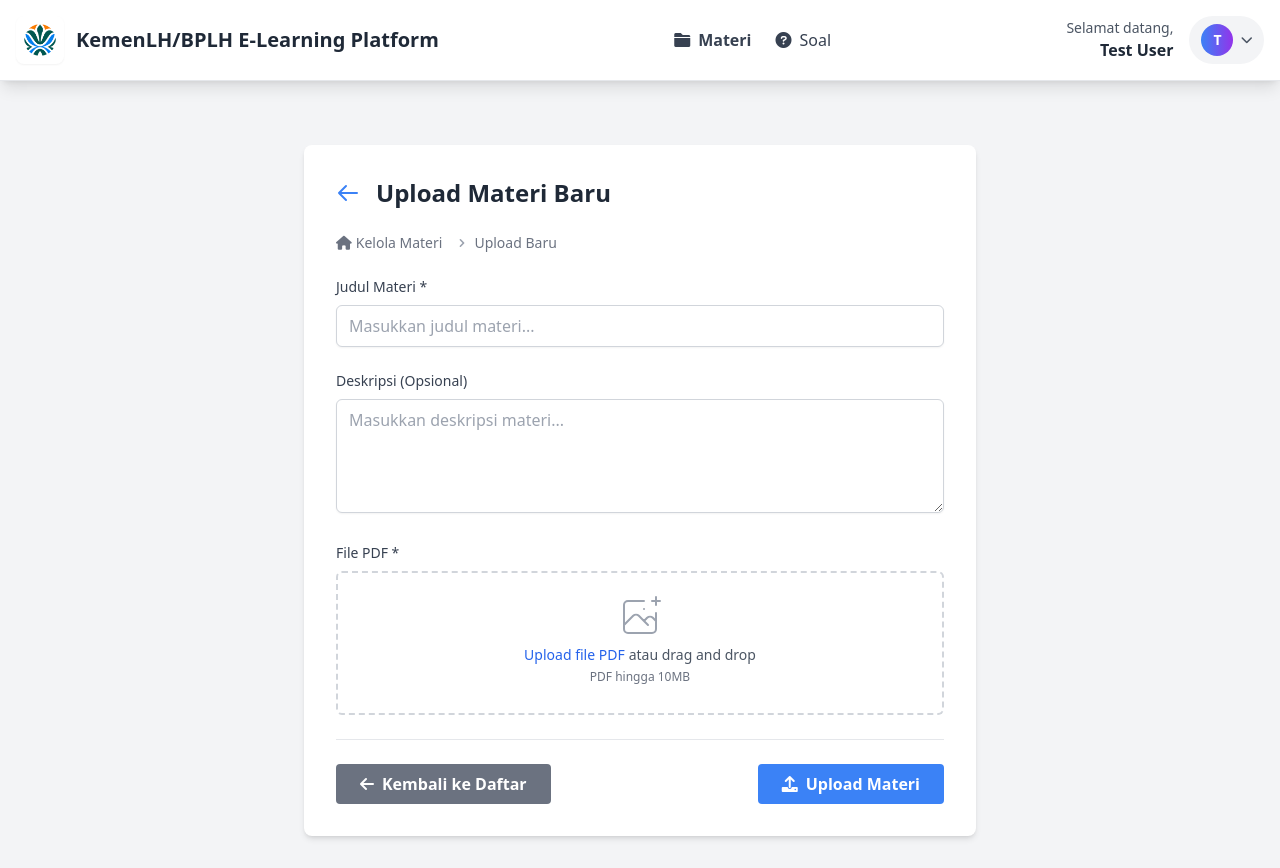
Repository: Autofat/LMS-MOOC
Page: http://localhost/materials/create
An editor plug-in stored every save of this project. The page is shown before and after the next save, followed by the edit.
The browser window is 1280 px wide. The pictures show the whole page.
Some web libraries are served in a nearby version. The page is served by the project's Laravel application, run on PHP 8.4 with Laravel 12. A made-up administrator, Test User (test@example.com), is signed in. Other server files are loaded and not shown.

Above is the page before, as saved 2025-08-01 10:51:46.

### routes/web.php
<?php

use Illuminate\Support\Facades\Route;
use Illuminate\Support\Facades\Auth;
use Illuminate\Support\Facades\Http;
use App\Http\Controllers\QuestionController;
use App\Http\Controllers\MaterialController;
use App\Http\Controllers\AuthController;

// Root redirect to login
Route::get('/', function () {
    // Force logout and clear session
    Auth::logout();
    session()->flush();
    session()->regenerate();

    return redirect()->route('login');
});

// Authentication Routes
Route::get('/login', [AuthController::class, 'showLoginForm'])->name('login');
Route::post('/login', [AuthController::class, 'login']);
Route::get('/register', [AuthController::class, 'showRegisterForm'])->name('register');
Route::post('/register', [AuthController::class, 'register']);
Route::post('/logout', [AuthController::class, 'logout'])->name('logout');

// Temporary route to clear session
Route::get('/clear-session', function () {
    Auth::logout();
    session()->flush();
    session()->regenerate();
    return redirect()->route('login')->with('success', 'Session cleared. Please login again.');
});

// Test route to check auth status
Route::get('/test-auth', function () {
    return response()->json([
        'auth_check' => Auth::check(),
        'user' => Auth::user(),
        'session_id' => session()->getId(),
        'session_data' => session()->all()
    ]);
});

// Protected Routes (require authentication)
Route::middleware(['auth'])->group(function () {

    // Debug route for testing n8n connection
    Route::get('/test-n8n-connection', function () {
        try {
            $testData = [
                'action' => 'test_connection',
                'timestamp' => now()->toISOString(),
                'message' => 'Laravel connection test'
            ];

            $n8nUrl = env('N8N_GENERATE_QUESTIONS_URL', 'http://localhost:5678/webhook/generate-questions');

            $response = Http::timeout(120)
                ->retry(2, 100)
                ->withOptions([
                    'verify' => false,
                    'allow_redirects' => true,
                    'http_errors' => false
                ])
                ->post($n8nUrl, $testData);

            return response()->json([
                'success' => true,
                'message' => 'n8n connection test completed',
                'url' => $n8nUrl,
                'request_data' => $testData,
                'response' => [
                    'status' => $response->status(),
                    'headers' => $response->headers(),
                    'body' => $response->body(),
                    'successful' => $response->successful()
                ]
            ]);

        } catch (\Exception $e) {
            return response()->json([
                'success' => false,
                'error' => $e->getMessage(),
                'error_class' => get_class($e)
            ], 500);
        }
    })->name('test.n8n.connection');

    // Material Routes
    Route::get('/materials', [MaterialController::class, 'index'])->name('materials.index');
    Route::get('/materials/create', [MaterialController::class, 'create'])->name('materials.create');
    Route::post('/materials', [MaterialController::class, 'store'])->name('materials.store');
    Route::get('/materials/{id}', [MaterialController::class, 'show'])->name('materials.show');
    Route::get('/materials/{id}/edit', [MaterialController::class, 'edit'])->name('materials.edit');
    Route::put('/materials/{id}', [MaterialController::class, 'update'])->name('materials.update');
    Route::delete('/materials/{id}', [MaterialController::class, 'destroy'])->name('materials.destroy');
    Route::get('/materials/{id}/download', [MaterialController::class, 'download'])->name('materials.download');
    Route::get('/materials/{id}/questions', [MaterialController::class, 'questions'])->name('materials.questions');

    // Generate Questions with n8n
    Route::post('/materials/{id}/generate-questions', [MaterialController::class, 'generateQuestions'])->name('materials.generate-questions');
    Route::post('/materials/{id}/generate-questions-async', [MaterialController::class, 'generateQuestionsAsync'])->name('materials.generate-questions-async');
    Route::get('/materials/{id}/test-n8n', [MaterialController::class, 'testN8nConnection'])->name('materials.test-n8n');

    // Form Manual Input
    Route::get('/questions/create', [QuestionController::class, 'create'])->name('questions.create');
    Route::post('/questions', [QuestionController::class, 'store'])->name('questions.store');

    // Manage and Edit Questions
    Route::get('/questions/manage', [QuestionController::class, 'manage'])->name('questions.manage');
    Route::get('/questions/{id}/edit', [QuestionController::class, 'edit'])->name('questions.edit');
    Route::put('/questions/{id}', [QuestionController::class, 'update'])->name('questions.update');
    Route::delete('/questions/{id}', [QuestionController::class, 'destroy'])->name('questions.destroy');
});

### resources/views/materials/create.blade.php
<!DOCTYPE html>
<html lang="en">

<head>
    <meta charset="UTF-8">
    <meta name="viewport" content="width=device-width, initial-scale=1.0">
    <title>Upload Materi Baru - KemenLH/BPLH E-Learning Platform</title>
    <script src="https://cdn.tailwindcss.com"></script>
    <link href="https://cdnjs.cloudflare.com/ajax/libs/font-awesome/6.0.0/css/all.min.css" rel="stylesheet">
</head>

<body class="bg-gray-100 min-h-screen">
    <!-- Include Navbar Component -->
    @include('components.navbar')

    <div class="container mx-auto px-4 py-8">
        <div class="max-w-2xl mx-auto">
            <div class="bg-white rounded-lg shadow-md p-8">
                <!-- Header dengan navigasi yang jelas -->
                <div class="flex items-center mb-6">
                    <a href="{{ route('materials.index') }}"
                       class="text-blue-500 hover:text-blue-700 mr-4"
                       title="Kembali ke Daftar Materi">
                        <svg class="w-6 h-6" fill="none" stroke="currentColor" viewBox="0 0 24 24">
                            <path stroke-linecap="round" stroke-linejoin="round" stroke-width="2"
                                d="M10 19l-7-7m0 0l7-7m-7 7h18"></path>
                        </svg>
                    </a>
                    <h1 class="text-2xl font-bold text-gray-800">Upload Materi Baru</h1>
                </div>

                <!-- Breadcrumb Navigation -->
                <nav class="flex mb-6 text-sm" aria-label="Breadcrumb">
                    <ol class="inline-flex items-center space-x-1 md:space-x-3">
                        <li class="inline-flex items-center">
                            <a href="{{ route('materials.index') }}" class="text-gray-500 hover:text-blue-600">
                                <i class="fas fa-home mr-1"></i>Kelola Materi
                            </a>
                        </li>
                        <li>
                            <div class="flex items-center">
                                <svg class="w-4 h-4 text-gray-400" fill="currentColor" viewBox="0 0 20 20">
                                    <path fill-rule="evenodd" d="M7.293 14.707a1 1 0 010-1.414L10.586 10 7.293 6.707a1 1 0 011.414-1.414l4 4a1 1 0 010 1.414l-4 4a1 1 0 01-1.414 0z" clip-rule="evenodd"></path>
                                </svg>
                                <span class="ml-1 text-gray-500 font-medium">Upload Baru</span>
                            </div>
                        </li>
                    </ol>
                </nav>

                @if ($errors->any())
                    <div class="bg-red-100 border border-red-400 text-red-700 px-4 py-3 rounded mb-6">
                        <ul class="list-disc list-inside">
                            @foreach ($errors->all() as $error)
                                <li>{{ $error }}</li>
                            @endforeach
                        </ul>
                    </div>
                @endif

                <form action="{{ route('materials.store') }}" method="POST" enctype="multipart/form-data"
                    class="space-y-6">
                    @csrf

                    <!-- Title -->
                    <div>
                        <label for="title" class="block text-sm font-medium text-gray-700 mb-2">
                            Judul Materi *
                        </label>
                        <input type="text" id="title" name="title" value="{{ old('title') }}" required
                            class="w-full px-3 py-2 border border-gray-300 rounded-md shadow-sm focus:outline-none focus:ring-2 focus:ring-blue-500 focus:border-transparent"
                            placeholder="Masukkan judul materi...">
                    </div>

                    <!-- Description -->
                    <div>
                        <label for="description" class="block text-sm font-medium text-gray-700 mb-2">
                            Deskripsi (Opsional)
                        </label>
                        <textarea id="description" name="description" rows="4"
                            class="w-full px-3 py-2 border border-gray-300 rounded-md shadow-sm focus:outline-none focus:ring-2 focus:ring-blue-500 focus:border-transparent"
                            placeholder="Masukkan deskripsi materi...">{{ old('description') }}</textarea>
                    </div>

                    <!-- PDF File -->
                    <div>
                        <label for="pdf_file" class="block text-sm font-medium text-gray-700 mb-2">
                            File PDF *
                        </label>
                        <div
                            class="mt-1 flex justify-center px-6 pt-5 pb-6 border-2 border-gray-300 border-dashed rounded-md hover:border-gray-400 transition-colors">
                            <div class="space-y-1 text-center">
                                <svg class="mx-auto h-12 w-12 text-gray-400" stroke="currentColor" fill="none"
                                    viewBox="0 0 48 48">
                                    <path
                                        d="M28 8H12a4 4 0 00-4 4v20m32-12v8m0 0v8a4 4 0 01-4 4H12a4 4 0 01-4-4v-4m32-4l-3.172-3.172a4 4 0 00-5.656 0L28 28M8 32l9.172-9.172a4 4 0 015.656 0L28 28m0 0l4 4m4-24h8m-4-4v8m-12 4h.02"
                                        stroke-width="2" stroke-linecap="round" stroke-linejoin="round" />
                                </svg>
                                <div class="flex text-sm text-gray-600">
                                    <label for="pdf_file"
                                        class="relative cursor-pointer bg-white rounded-md font-medium text-blue-600 hover:text-blue-500 focus-within:outline-none focus-within:ring-2 focus-within:ring-offset-2 focus-within:ring-blue-500">
                                        <span>Upload file PDF</span>
                                        <input id="pdf_file" name="pdf_file" type="file" class="sr-only"
                                            accept=".pdf" required onchange="updateFileName(this)">
                                    </label>
                                    <p class="pl-1">atau drag and drop</p>
                                </div>
                                <p class="text-xs text-gray-500">PDF hingga 10MB</p>
                                <p id="file-name" class="text-sm text-gray-700 font-medium"></p>
                            </div>
                        </div>
                    </div>

                    <!-- Submit Buttons -->
                    <div class="flex justify-between items-center pt-6 border-t">
                        <a href="{{ route('materials.index') }}"
                            class="bg-gray-500 hover:bg-gray-600 text-white font-bold py-2 px-6 rounded transition-colors">
                            <i class="fas fa-arrow-left mr-2"></i>Kembali ke Daftar
                        </a>
                        <button type="submit"
                            class="bg-blue-500 hover:bg-blue-600 text-white font-bold py-2 px-6 rounded transition-colors">
                            <i class="fas fa-upload mr-2"></i>Upload Materi
                        </button>
                    </div>
                </form>
            </div>
        </div>
    </div>

    <script>
        function updateFileName(input) {
            const fileNameElement = document.getElementById('file-name');
            if (input.files && input.files[0]) {
                fileNameElement.textContent = input.files[0].name;
            } else {
                fileNameElement.textContent = '';
            }
        }
    </script>
</body>

</html>

### resources/views/components/navbar.blade.php
<!-- Navigation Bar -->
<nav class="bg-white shadow-lg border-b border-gray-200 mb-8">
    <div class="container mx-auto px-4">
        <div class="flex justify-between items-center py-4">
            <!-- Logo/Brand -->
            <div class="flex items-center space-x-3">
                <div class="bg-white p-2 rounded-lg shadow-sm">
                    <img src="{{ asset('images/kemenlh-logo.png') }}" alt="KemenLH/BPLH Logo" class="w-8 h-8 object-contain">
                </div>
                <div>
                    <h1 class="text-xl font-bold text-gray-800">KemenLH/BPLH E-Learning Platform</h1>
                </div>
            </div>

            <!-- Navigation Links -->
            <div class="hidden md:flex items-center space-x-6">
                <a href="{{ route('materials.index') }}"
                   class="flex items-center space-x-2 text-gray-700 hover:text-blue-600 transition-colors {{ request()->routeIs('materials.*') ? 'text-blue-600 font-semibold' : '' }}">
                    <i class="fas fa-folder"></i>
                    <span>Materi</span>
                </a>
                <a href="{{ route('questions.manage') }}"
                   class="flex items-center space-x-2 text-gray-700 hover:text-blue-600 transition-colors {{ request()->routeIs('questions.*') ? 'text-blue-600 font-semibold' : '' }}">
                    <i class="fas fa-question-circle"></i>
                    <span>Soal</span>
                </a>
            </div>

            <!-- User Menu -->
            <div class="flex items-center space-x-4">
                <!-- Welcome Message -->
                <div class="hidden lg:block text-right">
                    <p class="text-sm text-gray-600">Selamat datang,</p>
                    <p class="font-semibold text-gray-800">{{ Auth::user()->name }}</p>
                </div>

                <!-- User Avatar -->
                <div class="relative">
                    <button id="userMenuButton" class="flex items-center space-x-2 bg-gray-100 hover:bg-gray-200 rounded-full px-3 py-2 transition-colors">
                        <div class="w-8 h-8 bg-gradient-to-r from-blue-500 to-purple-600 rounded-full flex items-center justify-center text-white font-semibold text-sm">
                            {{ strtoupper(substr(Auth::user()->name, 0, 1)) }}
                        </div>
                        <i class="fas fa-chevron-down text-gray-600 text-xs"></i>
                    </button>

                    <!-- Dropdown Menu -->
                    <div id="userDropdown" class="hidden absolute right-0 mt-2 w-48 bg-white border border-gray-200 rounded-lg shadow-lg z-50">
                        <div class="py-2">
                            <div class="px-4 py-2 border-b border-gray-100">
                                <p class="text-sm font-semibold text-gray-800">{{ Auth::user()->name }}</p>
                                <p class="text-xs text-gray-600">{{ Auth::user()->email }}</p>
                            </div>
                            <a href="{{ route('materials.index') }}" class="block px-4 py-2 text-sm text-gray-700 hover:bg-gray-100 transition-colors">
                                <i class="fas fa-folder mr-2"></i>Dashboard
                            </a>
                            <a href="{{ route('test.n8n.connection') }}" class="block px-4 py-2 text-sm text-gray-700 hover:bg-gray-100 transition-colors">
                                <i class="fas fa-plug mr-2"></i>Test n8n
                            </a>
                            <div class="border-t border-gray-100 mt-2 pt-2">
                                <form method="POST" action="{{ route('logout') }}" class="block">
                                    @csrf
                                    <button type="submit" class="w-full text-left px-4 py-2 text-sm text-red-600 hover:bg-red-50 transition-colors">
                                        <i class="fas fa-sign-out-alt mr-2"></i>Logout
                                    </button>
                                </form>
                            </div>
                        </div>
                    </div>
                </div>
            </div>

            <!-- Mobile Menu Button -->
            <div class="md:hidden">
                <button id="mobileMenuButton" class="text-gray-700 hover:text-blue-600 transition-colors">
                    <i class="fas fa-bars text-xl"></i>
                </button>
            </div>
        </div>

        <!-- Mobile Menu -->
        <div id="mobileMenu" class="hidden md:hidden border-t border-gray-200 py-4">
            <div class="space-y-2">
                <a href="{{ route('materials.index') }}" class="block py-2 text-gray-700 hover:text-blue-600 transition-colors {{ request()->routeIs('materials.*') ? 'text-blue-600 font-semibold' : '' }}">
                    <i class="fas fa-folder mr-2"></i>Materi
                </a>
                <a href="{{ route('questions.manage') }}" class="block py-2 text-gray-700 hover:text-blue-600 transition-colors {{ request()->routeIs('questions.*') ? 'text-blue-600 font-semibold' : '' }}">
                    <i class="fas fa-question-circle mr-2"></i>Soal
                </a>
                <a href="{{ route('test.n8n.connection') }}" class="block py-2 text-gray-700 hover:text-blue-600 transition-colors">
                    <i class="fas fa-plug mr-2"></i>Test n8n
                </a>
                <div class="border-t border-gray-200 pt-2 mt-2">
                    <form method="POST" action="{{ route('logout') }}">
                        @csrf
                        <button type="submit" class="w-full text-left py-2 text-red-600 hover:text-red-800 transition-colors">
                            <i class="fas fa-sign-out-alt mr-2"></i>Logout
                        </button>
                    </form>
                </div>
            </div>
        </div>
    </div>
</nav>

<!-- Success/Error Messages -->
@if(session('success'))
    <div id="successMessage" class="container mx-auto px-4 mb-6">
        <div class="bg-green-100 border border-green-400 text-green-700 px-4 py-3 rounded-lg shadow-sm transition-opacity duration-500">
            <div class="flex items-center">
                <i class="fas fa-check-circle mr-2"></i>
                {{ session('success') }}
            </div>
        </div>
    </div>
@endif

@if(session('error'))
    <div id="errorMessage" class="container mx-auto px-4 mb-6">
        <div class="bg-red-100 border border-red-400 text-red-700 px-4 py-3 rounded-lg shadow-sm transition-opacity duration-500">
            <div class="flex items-center">
                <i class="fas fa-exclamation-circle mr-2"></i>
                {{ session('error') }}
            </div>
        </div>
    </div>
@endif

@if(session('info'))
    <div id="infoMessage" class="container mx-auto px-4 mb-6">
        <div class="bg-blue-100 border border-blue-400 text-blue-700 px-4 py-3 rounded-lg shadow-sm transition-opacity duration-500">
            <div class="flex items-center">
                <i class="fas fa-info-circle mr-2"></i>
                {{ session('info') }}
            </div>
        </div>
    </div>
@endif

<script>
document.addEventListener('DOMContentLoaded', function() {
    // Auto-hide session messages after 4 seconds
    function autoHideMessage(messageId) {
        const messageElement = document.getElementById(messageId);
        if (messageElement) {
            setTimeout(() => {
                messageElement.style.opacity = '0';
                setTimeout(() => {
                    messageElement.remove();
                }, 500); // Wait for fade out transition
            }, 4000); // Hide after 4 seconds
        }
    }

    // Apply auto-hide to all message types
    autoHideMessage('successMessage');
    autoHideMessage('errorMessage');
    autoHideMessage('infoMessage');

    // User menu dropdown
    const userMenuButton = document.getElementById('userMenuButton');
    const userDropdown = document.getElementById('userDropdown');

    userMenuButton.addEventListener('click', function() {
        userDropdown.classList.toggle('hidden');
    });

    // Close dropdown when clicking outside
    document.addEventListener('click', function(event) {
        if (!userMenuButton.contains(event.target) && !userDropdown.contains(event.target)) {
            userDropdown.classList.add('hidden');
        }
    });

    // Mobile menu
    const mobileMenuButton = document.getElementById('mobileMenuButton');
    const mobileMenu = document.getElementById('mobileMenu');

    mobileMenuButton.addEventListener('click', function() {
        mobileMenu.classList.toggle('hidden');
    });
});
</script>

Loaded but not shown: app/Models/User.php (common file); app/Http/Controllers/Controller.php (common file); app/Http/Controllers/MaterialController.php (772 lines, source omitted)

After the next save:
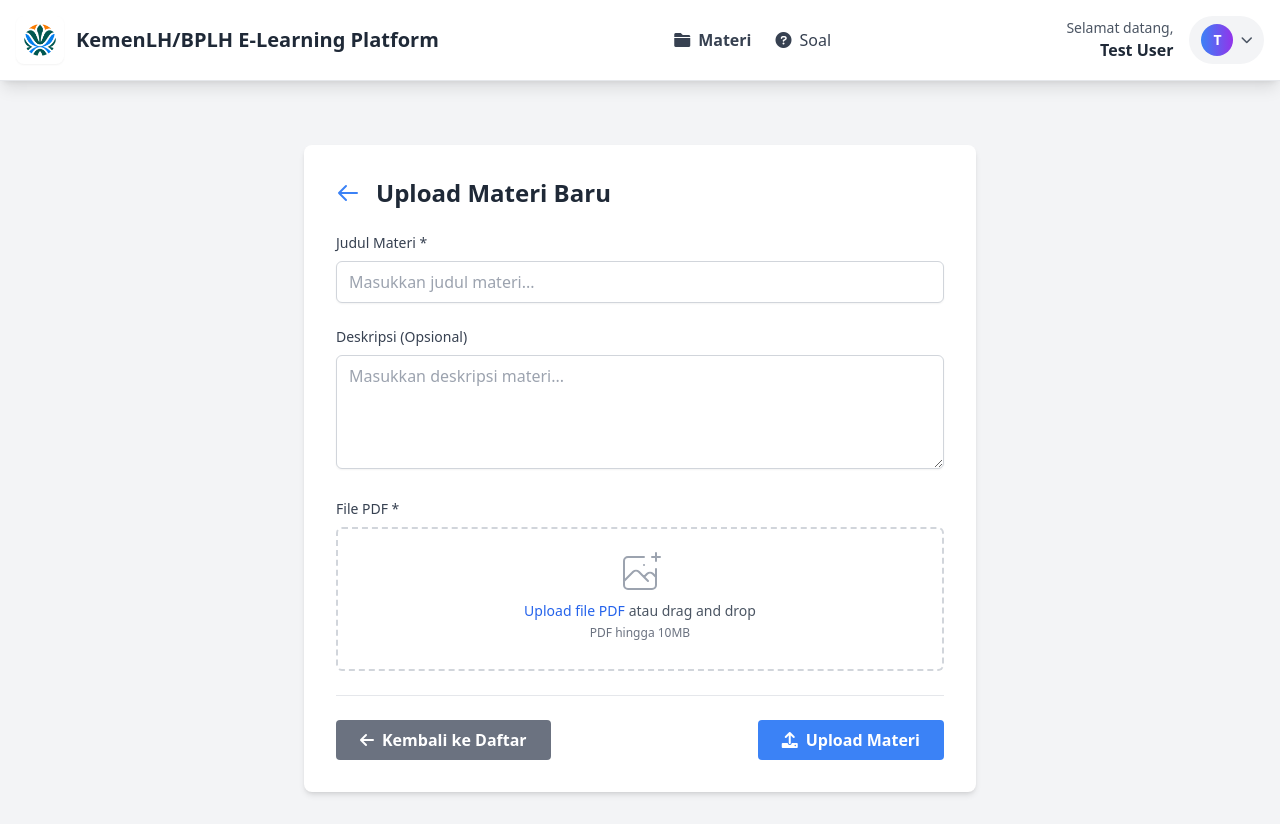
Saved 16 s later.
--- a/resources/views/materials/create.blade.php
+++ b/resources/views/materials/create.blade.php
@@ -16,7 +16,7 @@
     <div class="container mx-auto px-4 py-8">
         <div class="max-w-2xl mx-auto">
             <div class="bg-white rounded-lg shadow-md p-8">
-                <!-- Header dengan navigasi yang jelas -->
+                <!-- Header sederhana -->
                 <div class="flex items-center mb-6">
                     <a href="{{ route('materials.index') }}"
                        class="text-blue-500 hover:text-blue-700 mr-4"
@@ -28,25 +28,6 @@
                     </a>
                     <h1 class="text-2xl font-bold text-gray-800">Upload Materi Baru</h1>
                 </div>
-
-                <!-- Breadcrumb Navigation -->
-                <nav class="flex mb-6 text-sm" aria-label="Breadcrumb">
-                    <ol class="inline-flex items-center space-x-1 md:space-x-3">
-                        <li class="inline-flex items-center">
-                            <a href="{{ route('materials.index') }}" class="text-gray-500 hover:text-blue-600">
-                                <i class="fas fa-home mr-1"></i>Kelola Materi
-                            </a>
-                        </li>
-                        <li>
-                            <div class="flex items-center">
-                                <svg class="w-4 h-4 text-gray-400" fill="currentColor" viewBox="0 0 20 20">
-                                    <path fill-rule="evenodd" d="M7.293 14.707a1 1 0 010-1.414L10.586 10 7.293 6.707a1 1 0 011.414-1.414l4 4a1 1 0 010 1.414l-4 4a1 1 0 01-1.414 0z" clip-rule="evenodd"></path>
-                                </svg>
-                                <span class="ml-1 text-gray-500 font-medium">Upload Baru</span>
-                            </div>
-                        </li>
-                    </ol>
-                </nav>
 
                 @if ($errors->any())
                     <div class="bg-red-100 border border-red-400 text-red-700 px-4 py-3 rounded mb-6">
